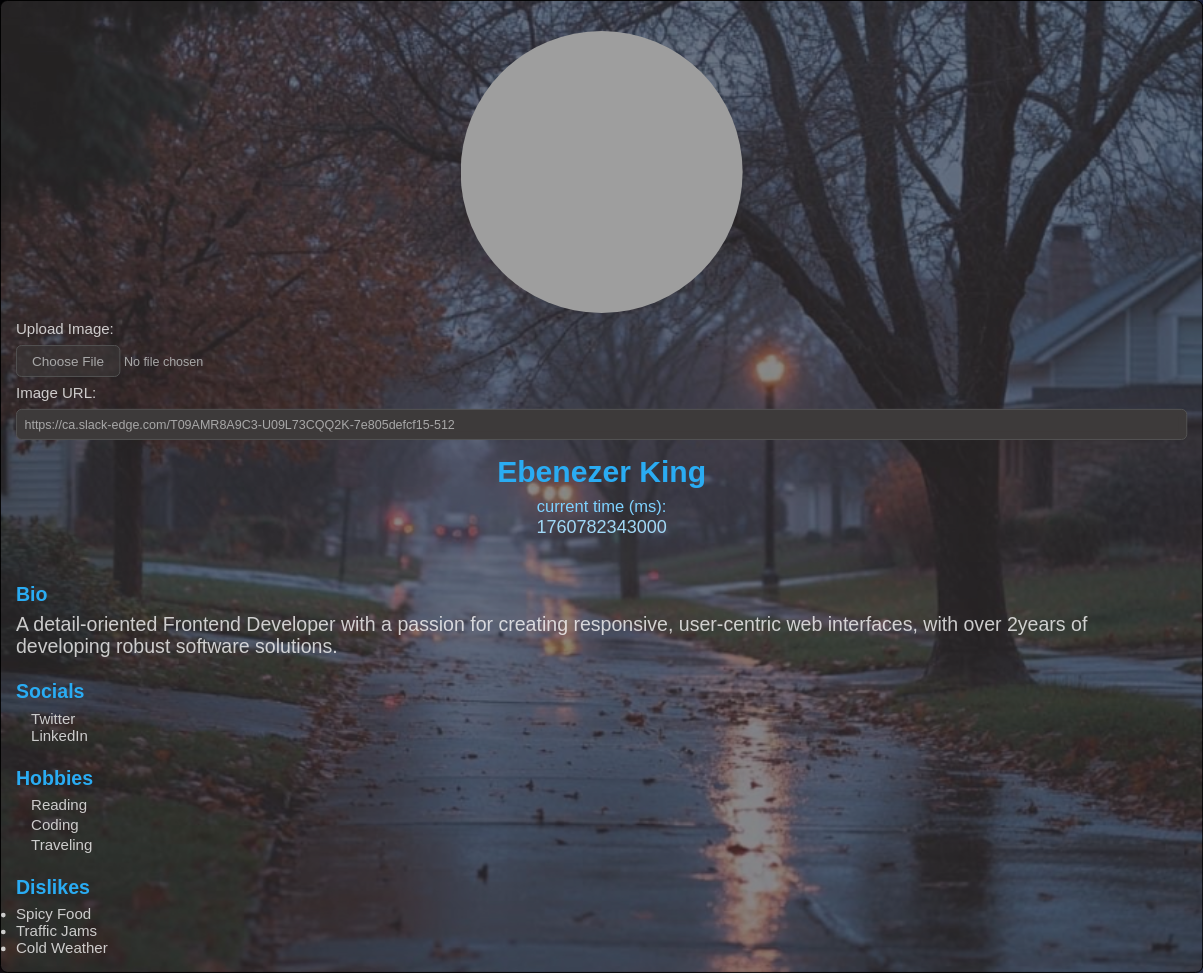
Repository: ebenezertiewei/profileCard
Page: index.html
The author's editor kept a copy of each file at every save. The page is drawn from the files as they stood at one save, then again after a run of saves.
The browser window is 1280 px wide. The pictures show the whole page, at 94% of full size.
Pictures or frames that could not be fetched are drawn as grey boxes.

Above is the page before, as saved 2025-10-18 10:15:57.

### index.html
<!DOCTYPE html>
<html lang="en">
	<head>
		<meta charset="UTF-8" />
		<meta name="viewport" content="width=device-width, initial-scale=1.0" />
		<title>Profile Card</title>
		<link rel="stylesheet" href="style.css" />
	</head>
	<body>
		<!--------------------------------- PROFILE CARD CONTAINER ---------------------------->
		<article data-testid="test-profile-card">
			<!---------------------------------- PROFILE HEADER ---------------------------->
			<section id="profileHeader">
				<figure>
					<img
						src="https://ca.slack-edge.com/T09AMR8A9C3-U09L73CQQ2K-7e805defcf15-512"
						alt="Profile Avatar"
						data-testid="test-user-avatar"
						id="profileAvatar"
					/>
					<!-- <figcaption>Ebenezer King</figcaption> -->
				</figure>
				<section class="imageUploadMethods">
					<!-- image upload -->
					<label for="avatarUpload">Upload Image:</label>
					<input type="file" id="avatarUpload" accept="image/*" />
					<!-- image url -->
					<label for="avatarUrl">Image URL:</label>
					<input
						type="url"
						id="avatarUrl"
						placeholder="https://ca.slack-edge.com/T09AMR8A9C3-U09L73CQQ2K-7e805defcf15-512"
					/>
				</section>
				<h2 data-testid="test-user-name">Ebenezer King</h2>
				<!----------- current time----------->
				<span data-testid="test-user-time-header" class="time-header">
					current time (ms):
					<p data-testid="test-user-time"></p>
				</span>
			</section>
			<!---------------------------------- PROFILE DETAILS ---------------------------->
			<section id="profileDetails">
				<h3 data-testid="test-user-bio-header" class="bio-header">Bio</h3>
				<p data-testid="test-user-bio">
					A detail-oriented Frontend Developer with a passion for creating
					responsive, user-centric web interfaces, with over 2years of
					developing robust software solutions.
				</p>
				<!--------------------- social links ------------->
				<h3
					data-testid="test-user-social-links-header"
					class="social-links-header"
				>
					Socials
				</h3>
				<nav data-testid="test-user-social-links">
					<ul>
						<li>
							<a
								href="https://x.com/txch_king?s=11&t=o3w1r65yzU2hxbP-LDD1ug"
								target="_blank"
								rel="noopener noreferrer"
								data-testid="test-user-social-twitter"
							>
								Twitter
							</a>
						</li>
						<li>
							<a
								href="https://www.linkedin.com/in/ebenezer-t-093b21320/"
								target="_blank"
								rel="noopener noreferrer"
								data-testid="test-user-social-linkedin"
							>
								LinkedIn
							</a>
						</li>
					</ul>
				</nav>
				<!--------------------- hobbies ------------->
				<section data-testid="test-user-hobbies">
					<h3 data-testid="test-user-hobbies-header" class="hobbies-header">
						Hobbies
					</h3>
					<ul>
						<li>Reading</li>
						<li>Coding</li>
						<li>Traveling</li>
					</ul>
				</section>
				<!--------------------- dislikes ------------->
				<section data-testid="test-user-dislikes">
					<h3 data-testid="test-user-dislikes-header" class="dislikes-header">
						Dislikes
					</h3>
					<ul>
						<li>Spicy Food</li>
						<li>Traffic Jams</li>
						<li>Cold Weather</li>
					</ul>
				</section>
			</section>
		</article>

		<!-- javascript link -->
		<script src="script.js"></script>
	</body>
</html>

### style.css
/* ---------------------------------------------------------------- */
/*--------------- Project body general style ---------------*/
html {
	width: 100dvw;
	font-family: Arial, sans-serif;
	font-size: 1rem;
	font-weight: 400;
}
body {
	background-color: #605a5a;
	background-image: url("./assets/states.jpg");
	background-size: cover;
	background-position: center;
	background-repeat: no-repeat;
	/* height: 100%; */
	width: 100%;
}
* {
	padding: 0;
	margin: 0;
	border: 0;
	box-sizing: border-box;
	outline: none;
}

/*--------------------------MOBILE WORKFLOW---------------------*/
/*--------------profile card container -------------------*/
article[data-testid="test-profile-card"] {
	/* height: 100%; */
	width: 100%;
	padding: 1rem;
	background-color: rgba(61, 58, 58, 0.6);
	color: rgba(255, 255, 255, 0.761);
	display: flex;
	flex-direction: column;
	align-items: center;
	border: 1px solid #020202;
	border-radius: 8px;
	box-shadow: 0 2px 4px rgba(0, 0, 0, 0.1);
}

/*-------------  PROFILE HEADER  -------------*/
#profileHeader {
	width: 100%;
	display: flex;
	flex-direction: column;
	padding: 1rem 0;
	/* background-color: orange; */
}
#profileHeader figure {
	display: flex;
	flex-direction: column;
	align-items: center;
	margin-bottom: 0.5rem;
}
/*------------- profile header image -------------*/
#profileHeader img {
	border-radius: 50%;
	width: 300px;
	height: 300px;
	object-fit: cover;
}
/* -------------imageUploadMethods------------ */
.imageUploadMethods {
	display: flex;
	flex-direction: column;
	align-items: start;
}

.imageUploadMethods label {
	margin-bottom: 0.5rem;
}
.imageUploadMethods input {
	margin-bottom: 0.5rem;
	width: 100%;
}
#avatarUpload::file-selector-button {
	background-color: rgba(61, 58, 58, 0.6);
	color: #a8a8a8;
	padding: 0.5rem 1rem;
	border: 1px solid #555555;
	border-radius: 6px;
	cursor: pointer;
	font-size: 0.9rem;
	transition: background 0.3s;
}
#avatarUpload::file-selector-button:hover {
	background-color: #45a049;
	color: black;
}
#avatarUpload {
	color: #a8a8a8;
}
#avatarUrl::placeholder {
	background-color: rgb(61, 58, 58);
	color: #a8a8a8;
}
#avatarUrl {
	/* color: #ccc; */
	padding: 0.5rem;
	background-color: rgb(61, 58, 58);
	border: 1px solid #555555;
	border-radius: 6px;
}
/*--------------profile name --------------*/
#profileHeader h2 {
	display: flex;
	justify-content: center;
	margin: 0.5rem 0;
	font-size: 2rem;
	font-weight: 600;
	color: #2aacf3;
}
/*-------------- current time --------------*/
#profileHeader span[data-testid="test-user-time-header"] {
	display: flex;
	flex-direction: column;
	justify-content: center;
	align-items: center;
	font-size: 1.1rem;
	margin-bottom: 1rem;
	color: #7ed2ff;
}
#profileHeader p[data-testid="test-user-time"] {
	margin-bottom: 1rem;
	font-size: 1.2rem;
	color: #a1d8f6;
}
/*--------------  PROFILE DETAILS  --------------*/
.bio-header {
	display: flex;
	flex-direction: column;
	justify-content: start;
	margin-bottom: 0.5rem;
	font-size: 1.3rem;
	color: #2aacf3;
}
#profileDetails p[data-testid="test-user-bio"] {
	font-size: 1.3rem;
	margin-bottom: 1.5rem;
}
/* ------------------ social links --------------- */
.social-links-header {
	display: flex;
	flex-direction: column;
	justify-content: start;
	margin-bottom: 0.5rem;
	font-size: 1.3rem;
	color: #2aacf3;
}
#profileDetails nav[data-testid="test-user-social-links"] {
	display: flex;
	flex-direction: column;
	justify-content: start;
	margin-bottom: 1.5rem;
}
#profileDetails nav[data-testid="test-user-social-links"] ul {
	list-style: none;
}
#profileDetails nav[data-testid="test-user-social-links"] li {
	margin: 0 1rem;
}
#profileDetails nav[data-testid="test-user-social-links"] a {
	color: #ccc;
	text-decoration: none;
}
#profileDetails nav[data-testid="test-user-social-links"] a:hover {
	text-decoration: underline;
}
/* ------------------ hobbies --------------- */
.hobbies-header {
	display: flex;
	flex-direction: column;
	justify-content: start;
	margin-bottom: 0.5rem;
	font-size: 1.3rem;
	color: #2aacf3;
}
#profileDetails section[data-testid="test-user-hobbies"] ul {
	list-style: none;
	margin-bottom: 1.5rem;
}
#profileDetails section[data-testid="test-user-hobbies"] li {
	margin: 0.2rem 1rem;
}
/* ------------------ dislikes --------------- */
.dislikes-header {
	display: flex;
	flex-direction: column;
	justify-content: start;
	margin-bottom: 0.5rem;
	font-size: 1.3rem;
	color: #2aacf3;
}

### script.js
// --------------------------------------------------------------------------
// ------------------- current time in milliseconds ----------
window.addEventListener("DOMContentLoaded", () => {
	const timeElement = document.querySelector('[data-testid="test-user-time"]');

	function updateTime() {
		const currentTime = Date.now();
		timeElement.textContent = currentTime;
	}

	updateTime();
	setInterval(updateTime, 1000);
});

// --------------------------------------------------------------------------
// ------------------- avatar image upload and image url upload ----------
window.addEventListener("DOMContentLoaded", () => {
	const avatarImg = document.getElementById("profileAvatar");
	const avatarImgUpload = document.getElementById("avatarUpload");
	const urlImgUpload = document.getElementById("avatarUrl");

	// Update avatar when a file is uploaded
	avatarImgUpload.addEventListener("change", (event) => {
		const file = event.target.files[0];
		if (file) {
			const imageUrl = URL.createObjectURL(file);
			avatarImg.src = imageUrl;

			// optional: revoke URL later to free memory
			avatarImg.onload = () => URL.revokeObjectURL(imageUrl);
		}
	});

	// Update avatar when a URL is entered
	urlImgUpload.addEventListener("input", () => {
		const url = urlImgUpload.value.trim();
		if (url) {
			avatarImg.src = url;
		}
	});
});

After the next 2 saves:
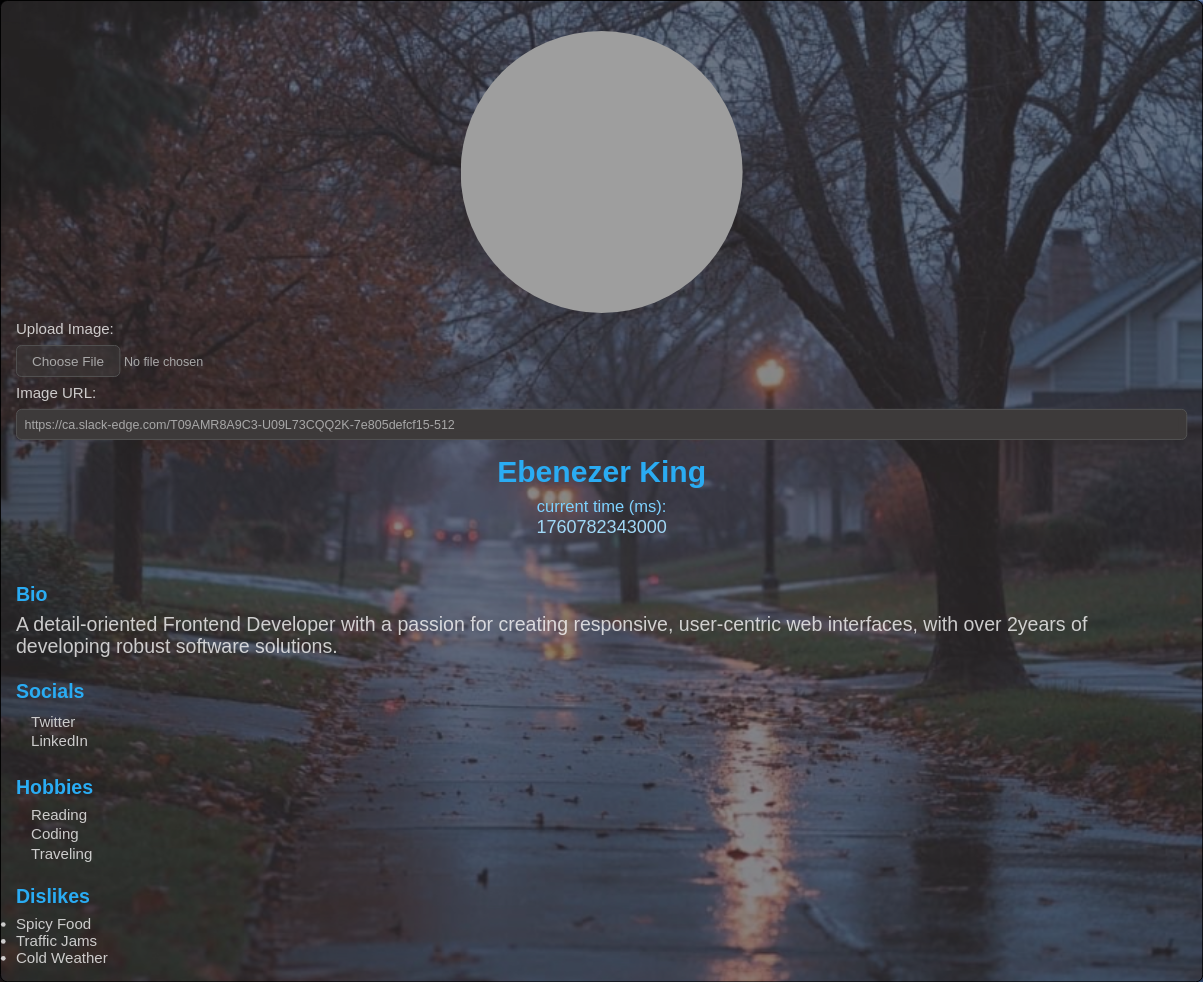
The 2 saves are shown as one change because they came seconds apart.
The last was saved 11 s later.
--- a/style.css
+++ b/style.css
@@ -158,7 +158,7 @@ article[data-testid="test-profile-card"] {
 	list-style: none;
 }
 #profileDetails nav[data-testid="test-user-social-links"] li {
-	margin: 0 1rem;
+	margin: 0.2rem 1rem;
 }
 #profileDetails nav[data-testid="test-user-social-links"] a {
 	color: #ccc;
